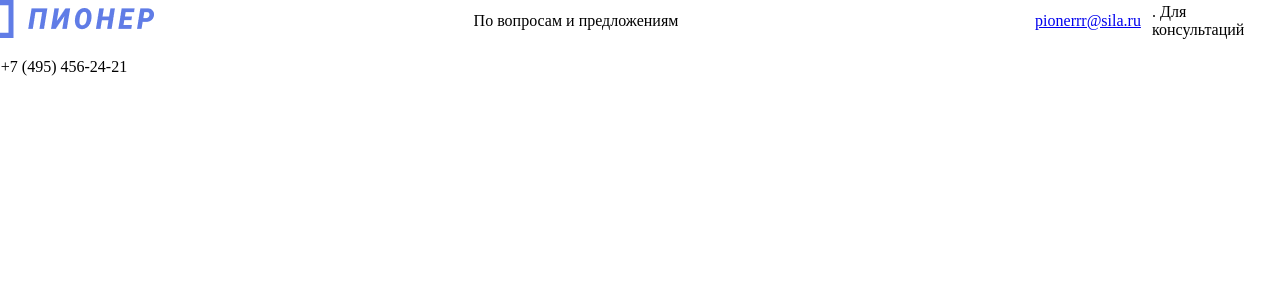
Repository: VictoriSyh/week6
Page: pioner.html
An editor plug-in stored every save of this project. The page is shown before and after a run of saves, followed by the edit.
The browser window is 1280 px wide. The pictures show the whole page.

Above is the page before, as saved 2024-12-16 22:39:37.

### pioner.html
<!DOCTYPE html>
<html lang="ru">
<head>
    <link rel="stylesheet" href="/styles/normalize.css">
    <link rel="stylesheet" href="/styles/stylepioner.css">
    <meta charset="UTF-8">
    <meta name="viewport" content="width=device-width, initial-scale=1.0">
    <link rel="shortcut icon" href="https://www.svgrepo.com/show/529024/home-wifi-angle.svg"
    type="image/svg">
    <title>ПИОНЕР</title>
</head>
<body>
    <header>
        <div class="logotip">
            <img src="./assets/img/logo.png" alt="ПИОНЕР" />
          </div>
          <div class="text1">По вопросам и предложениям</div>
        <a href="pionerrr@sila.ru">pionerrr@sila.ru</a>.
        Для консультаций
       <p>+7 (495) 456-24-21</p>
    </header>
</body>
</html>

### styles/stylepioner.css
header{
    display: grid;
    grid-template-columns: 10% 70% 10% 10%;
    align-items: center;
    justify-items: center;
    height: 50px;
}

Loaded but not shown: styles/normalize.css (library)

After the next 2 saves:
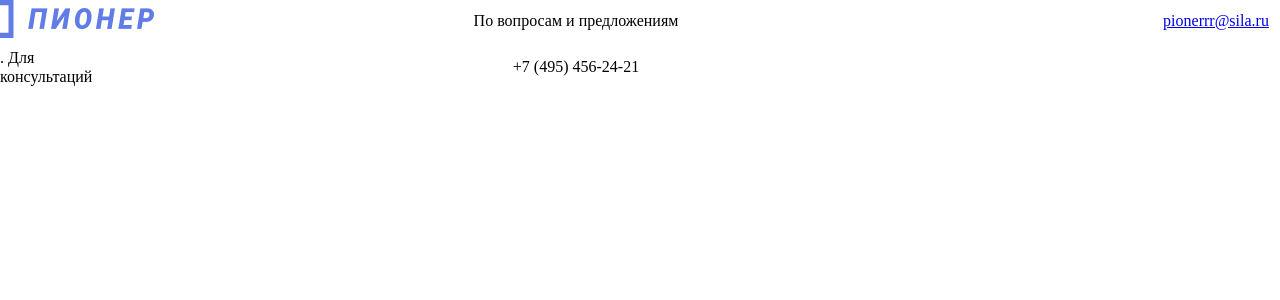
The 2 saves are shown as one change because they came seconds apart.
The last was saved 5 s later.
--- a/pioner.html
+++ b/pioner.html
@@ -15,7 +15,7 @@
             <img src="./assets/img/logo.png" alt="ПИОНЕР" />
           </div>
           <div class="text1">По вопросам и предложениям</div>
-        <a href="pionerrr@sila.ru">pionerrr@sila.ru</a>.
+        <div></div><a href="pionerrr@sila.ru">pionerrr@sila.ru</a>.
         Для консультаций
        <p>+7 (495) 456-24-21</p>
     </header>
